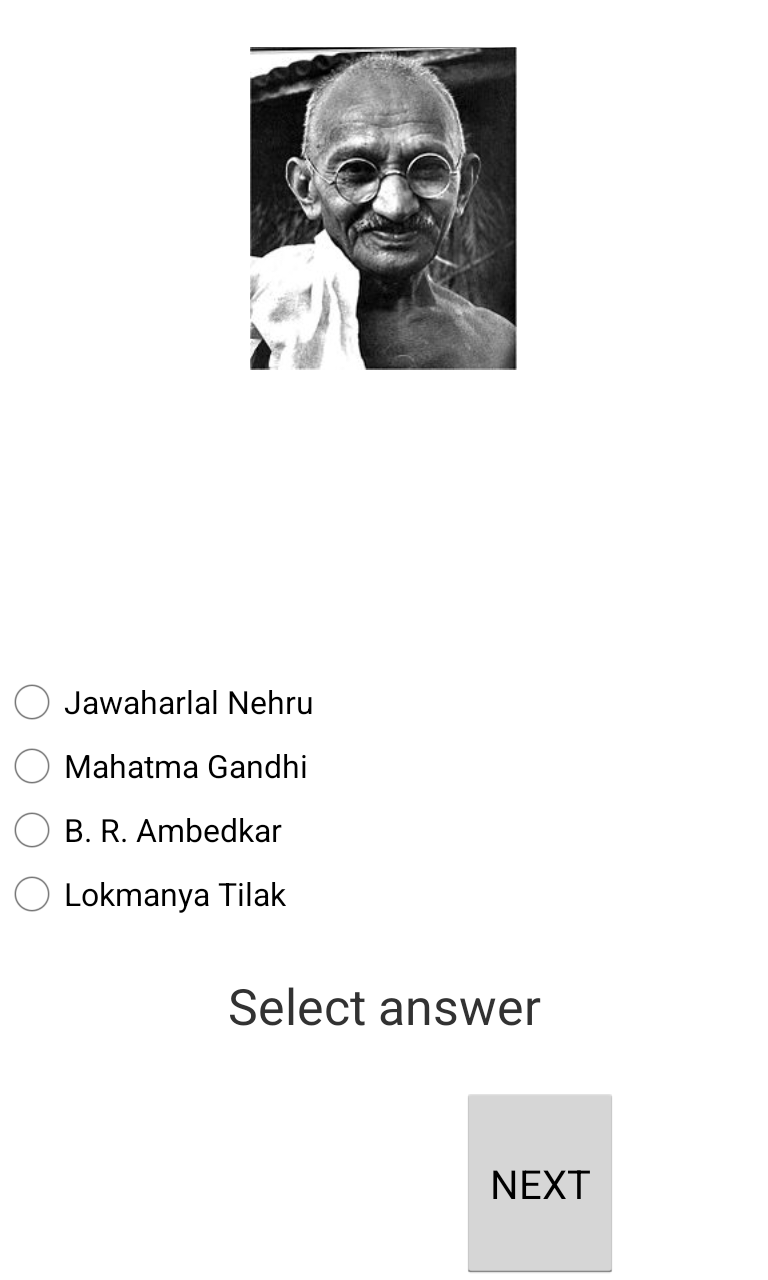
Repository: rupaligarje123/aakash
Layout: androidphotoquiz/FunChem1/photoquiz/res/layout/que4.xml
The author's editor kept a copy of each file at every save. The layout is drawn from the files as they stood at one save, then again after the next save.
It is drawn on a 768 x 1280 px phone screen (xhdpi) without system bars, with theme AppTheme; the app's code is not run.

Above is the layout before, as saved 2013-04-18 10:40:02.

After the next save:
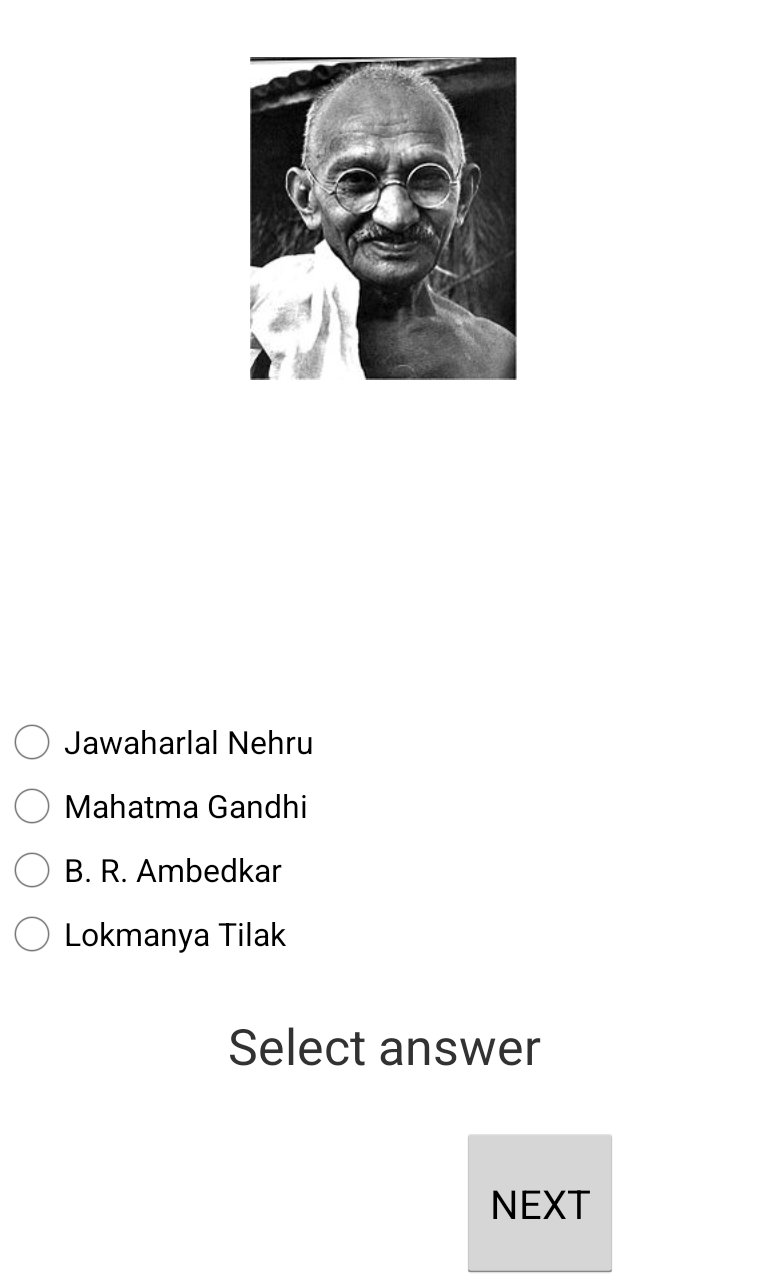
Saved 2 min 14 s later.
--- a/androidphotoquiz/FunChem1/photoquiz/res/layout/que4.xml
+++ b/androidphotoquiz/FunChem1/photoquiz/res/layout/que4.xml
@@ -63,7 +63,7 @@
 <Button
    android:id="@+id/bn4"
         android:layout_width="80sp"
-        android:layout_height="50sp"
+        android:layout_height="20sp"
         android:layout_weight="1"
         android:text="NEXT"
         android:textSize="20sp"
